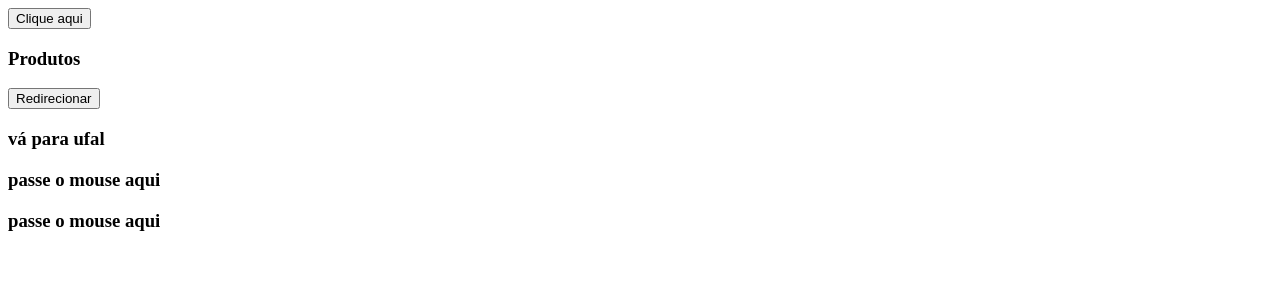
Repository: DaniloBaracho/javascript
Page: index.html
The author's editor kept a copy of each file at every save. The page is drawn from the files as they stood at one save, then again after the next save.
The browser window is 1280 px wide. The pictures show the whole page.

Above is the page before, as saved 2020-06-08 17:40:57.

After the next save:
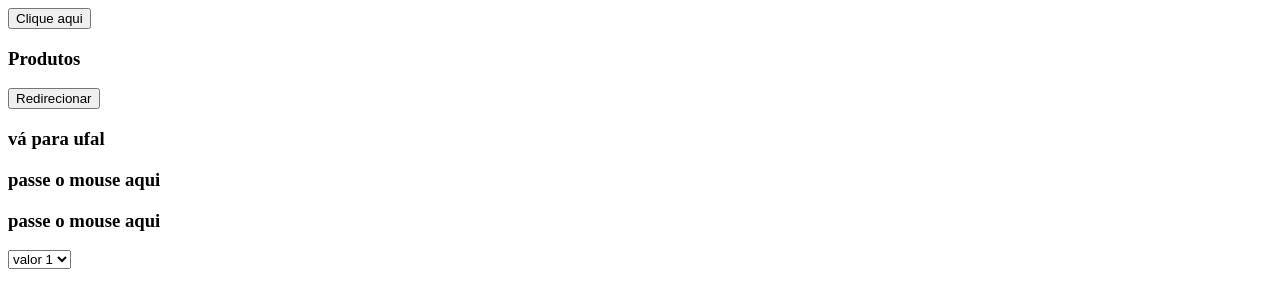
Saved 3 min 18 s later.
--- a/index.html
+++ b/index.html
@@ -15,5 +15,10 @@
 <h3 onclick="redirecionar()">vá para ufal</h3>
 <h3 id="passarmouse" onmouseover="aopassar(this)" onmouseout="voltar(this)">passe o mouse aqui</h3>
 <h3 id="passarmouse2" onmouseover="aopassar(this)" onmouseout="voltar(this)">passe o mouse aqui</h3>
+<select onchange="mudar()">
+    <option value="valor1">valor 1</option>
+    <option value="valor2">valor 2</option>
+    <option value="valor3">valor 3</option>
+</select>
 </body>
 </html>
--- a/JS/butao.js
+++ b/JS/butao.js
@@ -14,3 +14,6 @@ function voltar(elemento){
 function load(){
     alert("carregando");
 }
+function mudar(elemento){
+    alert(elemento.value);
+}
